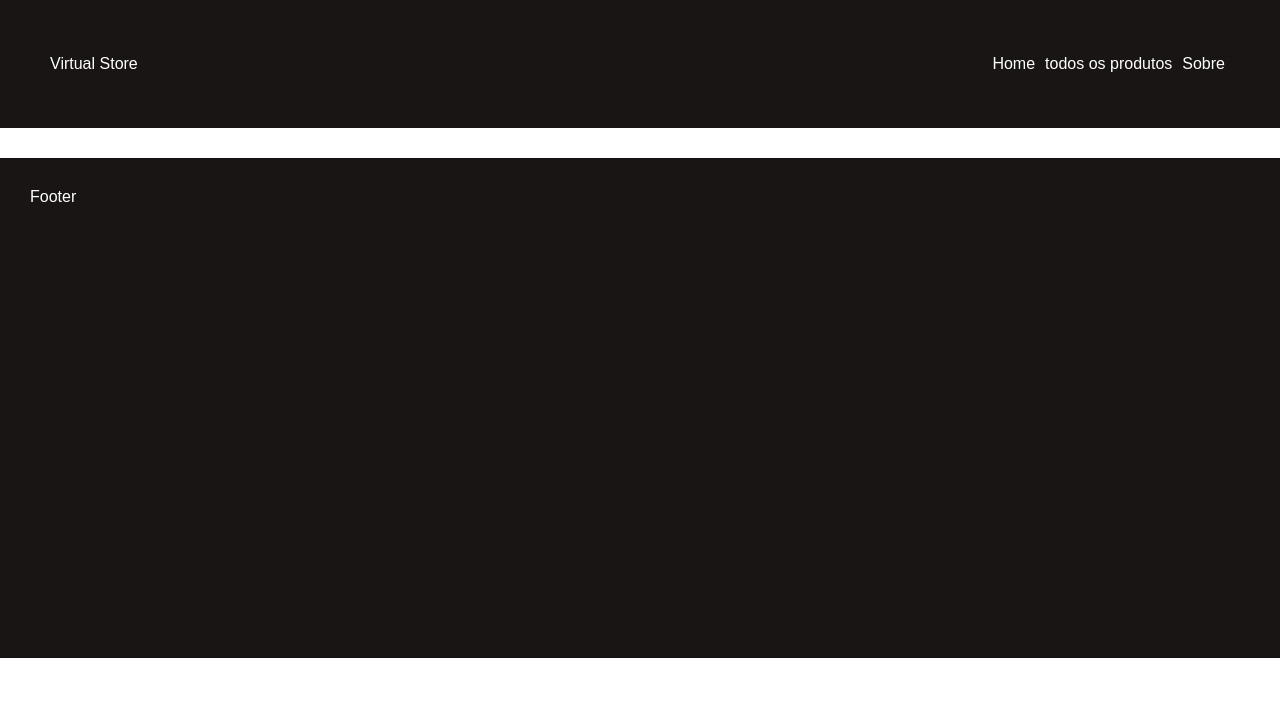
Repository: meiotera/virtuL-store
Page: /lista-de-produtos
An editor plug-in stored every save of this project. The page is shown before and after the next save, followed by the edit.
The browser window is 1280 px wide. The pictures show the whole page.
The page's requests for data from a server got no answer. The project was rebuilt for these pictures with package versions that can differ from the ones it lists, and the page was loaded fresh each time. No one was signed in, and anything a server would have sent is missing. Also part of the build but not shown: vite.config.js, src/pages/Home.jsx, src/styles/ProductCard.module.css, src/styles/Button.module.css, src/components/Button.jsx, src/components/ProductCard.jsx, src/styles/ProductDetail.module.css, src/pages/ProductDetail.jsx.

Above is the page before, as saved 2025-04-08 18:30:06.

### src/index.css
* {
  margin: 0;
  padding: 0;
  list-style: none;

  font-family: Arial, Helvetica, sans-serif;
  text-decoration: none;
  box-sizing: border-box;
}

body {
  margin: 0 auto;
}

### src/App.jsx
import { BrowserRouter, Link, Route, Routes } from 'react-router-dom';
import Header from './components/Header';
import Main from './components/Main';
import Footer from './components/Footer';
import Home from './pages/Home';
import ProductList from './pages/ProductList';
import ProductDetail from './pages/ProductDetail';

function App() {
  return (
    <BrowserRouter>
      <Header />

      <Main>
        <Routes>
          <Route path="/" element={<Home />} />
          <Route path="/lista-de-produtos" element={<ProductList />} />
          <Route
            path="/lista-de-produtos/:title/:id"
            element={<ProductDetail />}
          />
        </Routes>
      </Main>

      <Footer />
    </BrowserRouter>
  );
}

export default App;

### src/components/Header.jsx
import React from 'react';
import styles from '../styles/Header.module.css';

const Header = () => {
  return (
    <header className={styles.header}>
      <div className={styles.containerHeader}>
        <div>Virtual Store</div>

        <div className={styles.navContainer}>
          <nav>
            <a href="">Home</a>
            <a href="">todos os produtos</a>
            <a href="">Sobre</a>
          </nav>
        </div>
      </div>
    </header>
  );
};

export default Header;

### src/components/Main.jsx
import React from 'react';
import styles from '../styles/Main.module.css';

const Main = ({ children }) => {
  return <main className={styles.main}>{children}</main>;
};

export default Main;

### src/components/Footer.jsx
import React from 'react';
import styles from '../styles/Footer.module.css';

const Footer = () => {
  return <footer className={styles.footer}>Footer</footer>;
};

export default Footer;

### src/pages/ProductList.jsx
import React, { useEffect, useState } from 'react';
import { getAllProducts } from '../services/api';
import ProductCard from '../components/ProductCard';

import styles from '../styles/ProductList.module.css';

const ProductList = () => {
  const [products, setProdutcts] = useState([]);

  useEffect(() => {
    const fetchData = async () => {
      const data = await getAllProducts();
      setProdutcts(data);
    };

    fetchData();
  }, []);

  console.log(products);

  return (
    <div className={styles.containerProducts}>
      {products.map((product) => (
        <ProductCard
          key={product.id}
          id={product.id}
          title={product.title}
          image={product.image}
          rating={product.rating}
          price={product.price}
        />
      ))}
    </div>
  );
};

export default ProductList;

### src/styles/Header.module.css
.header {
  background-color: #191515;
  padding: 30px;
  margin-bottom: 30px;
  color: #fff;
}

.containerHeader {
  max-width: 1440px;
  display: flex;
  justify-content: space-between;
  flex-wrap: wrap;
  align-items: center;
  padding: 20px;
  margin: 0 auto;
}

.navContainer nav {
  display: flex;
  align-items: center;
}

.navContainer a {
  padding: 5px;

  color: #fff;
  text-decoration: none;
}

### src/styles/Main.module.css
.main {
  max-width: 1440px;
  margin: 0 auto;
}

### src/styles/Footer.module.css
.footer {
  padding: 30px;
  background-color: #191515;
  color: #fff;

  height: 500px;
}

### src/services/api.js
const BASE_URL = 'https://fakestoreapi.com';

// buscar todos os produtos
export const getAllProducts = async () => {
  const res = await fetch(`${BASE_URL}/products`);
  const data = await res.json();

  return data;
};

export const getASingleProduct = async (id) => {
  const res = await fetch(`${BASE_URL}/products/${id}`);
  const data = await res.json();

  return data;
};

### src/styles/ProductList.module.css
.containerProducts {
  display: flex;
  flex-wrap: wrap;
  justify-content: center;
  align-items: center;
  width: 100%;
  gap: 20px;
}

@media (min-width: 960px) {
  .containerProducts {
    justify-content: space-between;
  }
}

Loaded but not shown: index.html (common file); src/main.jsx (common file)

After the next save:
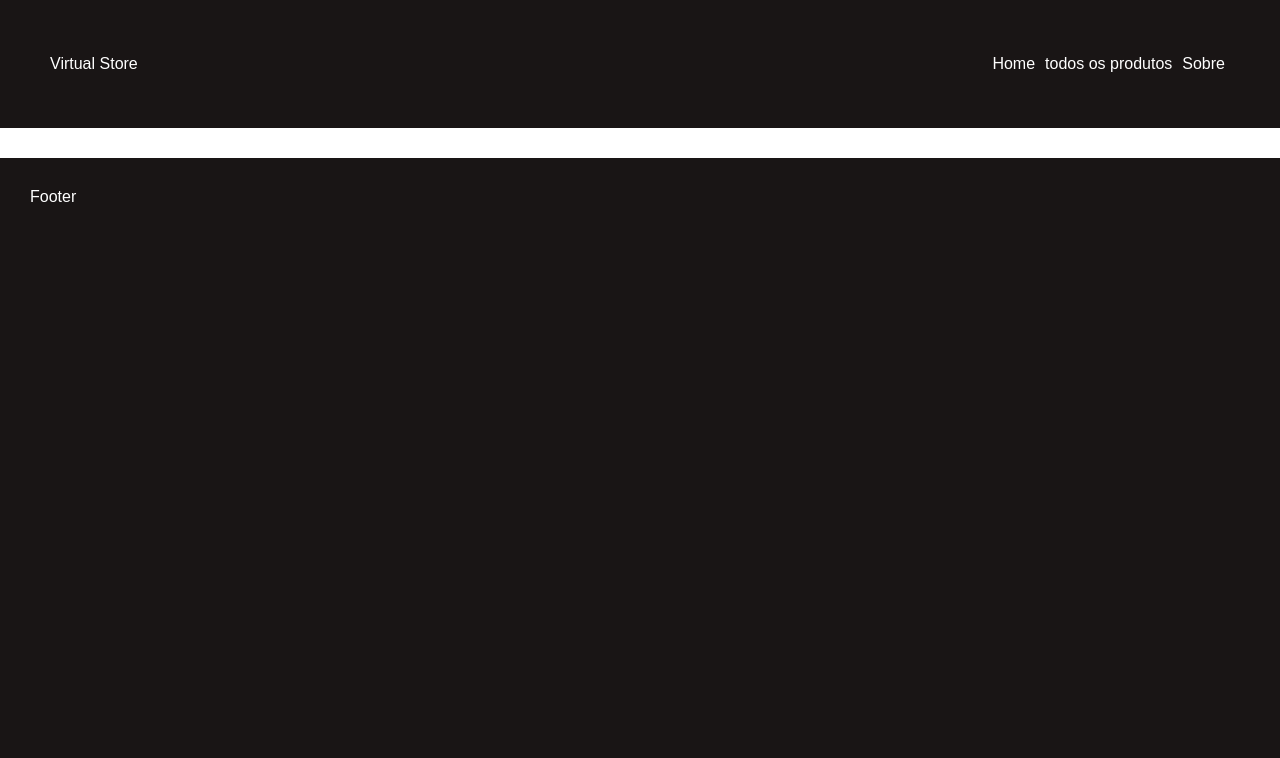
Saved 5 s later.
--- a/src/styles/Footer.module.css
+++ b/src/styles/Footer.module.css
@@ -3,5 +3,5 @@
   background-color: #191515;
   color: #fff;
 
-  height: 500px;
+  height: 600px;
 }
